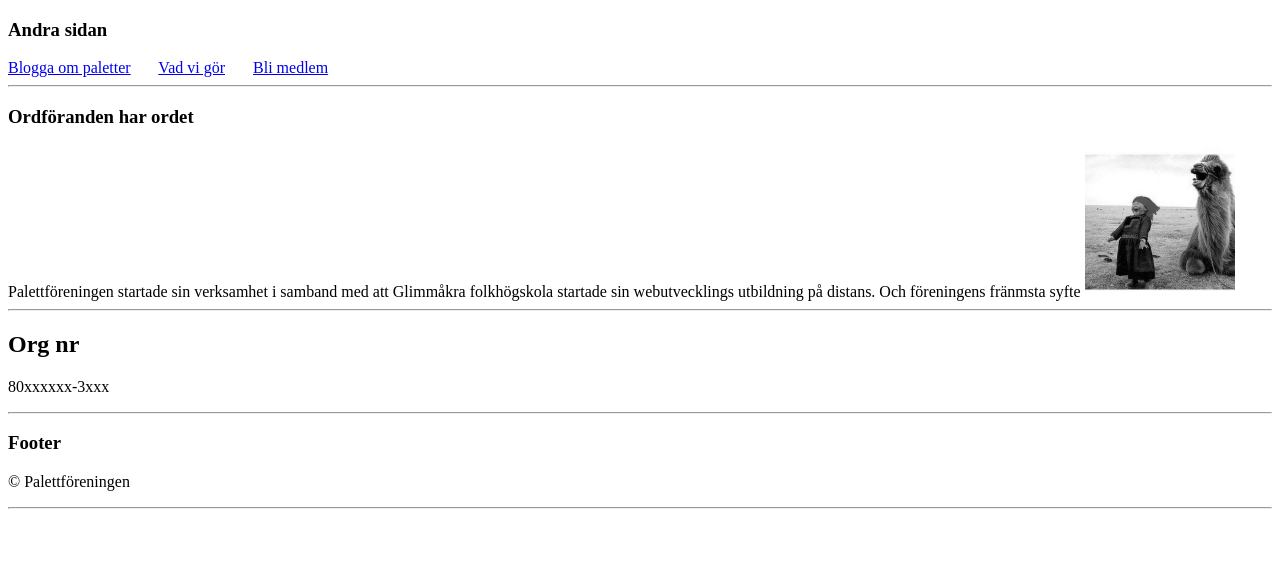
Repository: Webutveckling-20-21/Uppgift-1
Page: verksamheten.html
The author's editor kept a copy of each file at every save. The page is drawn from the files as they stood at one save, then again after the next save.
The browser window is 1280 px wide. The pictures show the whole page.

Above is the page before, as saved 2021-09-07 12:03:16.

### verksamheten.html
<!-- Här alla måsten i huvudet såsom språk och språkkodning mm -->
<!DOCTYPE html>
<html lang="sv">


<head>
    <meta charset="UTF-8">
    <meta name="viewport" content="width=device-width, initial-scale=1.0">
    <title>verksamheten</title>
</head>

<body>
    <header>
        <h3>Andra sidan</h3>
        <!-- Här läggs alla länkar-->
        <a href="blogg.html">Blogga om paletter</a>&nbsp;&nbsp;&nbsp;&nbsp;&nbsp;&nbsp;
        <a href="verksamheten.html">Vad vi gör</a>&nbsp;&nbsp;&nbsp;&nbsp;&nbsp;&nbsp;
        <a href="medlemskap.html">Bli medlem</a>
    </header>
    <hr>
    <main>
         <article>

            <h3>Ordföranden har ordet</h3>
            Palettföreningen startade sin verksamhet i samband med att Glimmåkra folkhögskola startade sin webutvecklings utbildning på distans. Och föreningens fränmsta syfte

            <img src="images/ordförande pa excursion.jpg" width="150" height="150" alt="Ordförande berättar." >
        </article>

    </main>
    <hr>
    <aside>
        <h2>Org nr</h2>
        <p>80xxxxxx-3xxx</p>





    </aside>
    <hr>
    <footer>

        <h3>Footer</h3>
        <p> &copy; Palettföreningen</p>
    </footer>
    <hr>


</body>

</html>

After the next save:
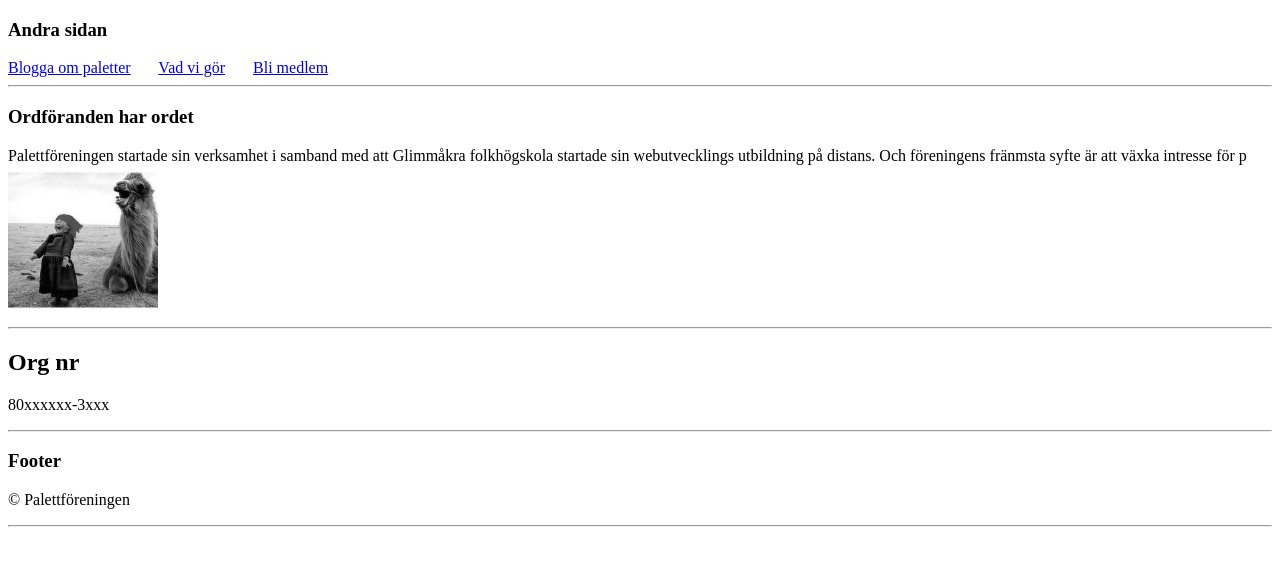
Saved 9 s later.
--- a/verksamheten.html
+++ b/verksamheten.html
@@ -22,7 +22,7 @@
          <article>
 
             <h3>Ordföranden har ordet</h3>
-            Palettföreningen startade sin verksamhet i samband med att Glimmåkra folkhögskola startade sin webutvecklings utbildning på distans. Och föreningens fränmsta syfte
+            Palettföreningen startade sin verksamhet i samband med att Glimmåkra folkhögskola startade sin webutvecklings utbildning på distans. Och föreningens fränmsta syfte är att växka intresse för p
 
             <img src="images/ordförande pa excursion.jpg" width="150" height="150" alt="Ordförande berättar." >
         </article>
